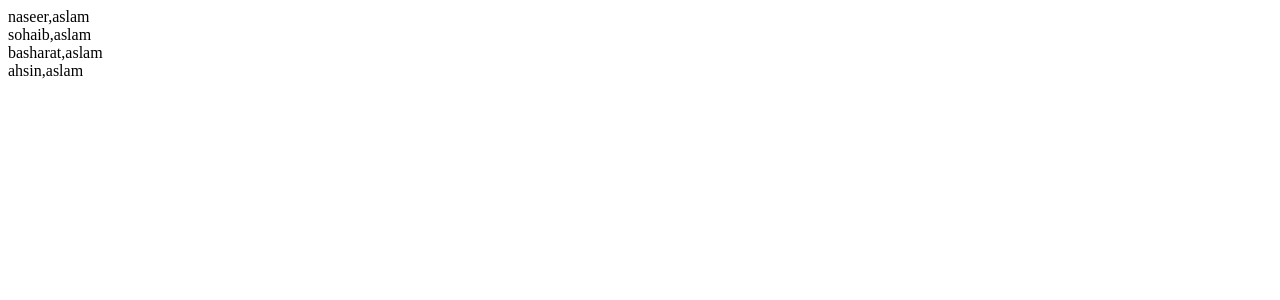
Repository: naseeraslamkhan/TypeScriptPracticeCode
Page: index.html
The author's editor kept a copy of each file at every save. The page is drawn from the files as they stood at one save, then again after the next save.
The browser window is 1280 px wide. The pictures show the whole page.

Above is the page before, as saved 2021-07-01 12:51:31.

### index.html
<html>

<head>
</head>

<body>
    <script src="firstProject.js"></script>
</body>

</html>

### firstProject.js
/*interface Prop
{
z:number,
y:string,
z1(num),

}
let myFunction: any = (L: Prop): void => {
  document.write('Hello I am here' + '<br>');
  for (let x = 0; x <= 5; x++) {
    document.write('Now value of x is : ' + x + '<br>');
  }
  let arr: string[] = ['MNA', '420'];
  document.write(arr[1]);
  document.write('<br>' + L.z);
};
myFunction({z: 45});
*/
var dan = [
    ['naseer', 'aslam'],
    ['sohaib', 'aslam'],
    ['basharat', 'aslam'],
    ['ahsin', 'aslam'],
];
for (var k = 0; k < 4; k++) {
    for (var m = 0; m < 2; m++) {
        if (m == 0) {
            document.write(dan[k][m]);
        } else
            document.write("," + dan[k][m]);

    }
    document.write('<br>');
}

After the next save:
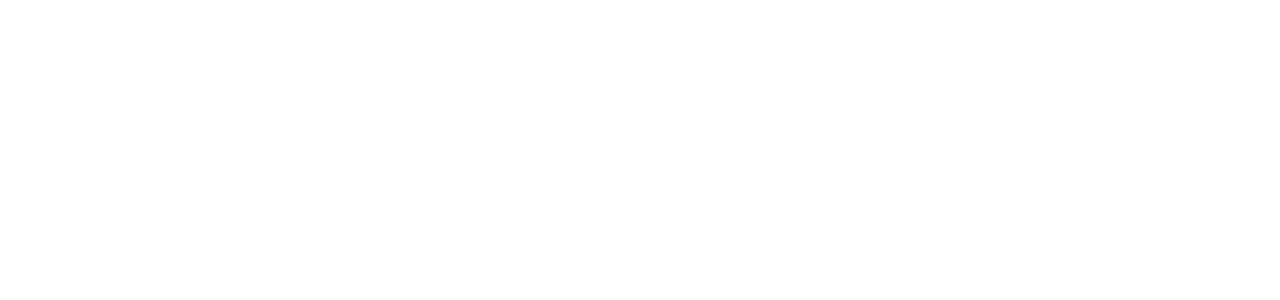
Console error: SyntaxError: Unexpected token ':'
Saved 35 s later.
--- a/firstProject.js
+++ b/firstProject.js
@@ -16,7 +16,7 @@
 };
 myFunction({z: 45});
 */
-var dan = [
+var dan: string[[]] = [
     ['naseer', 'aslam'],
     ['sohaib', 'aslam'],
     ['basharat', 'aslam'],

After the save that followed:
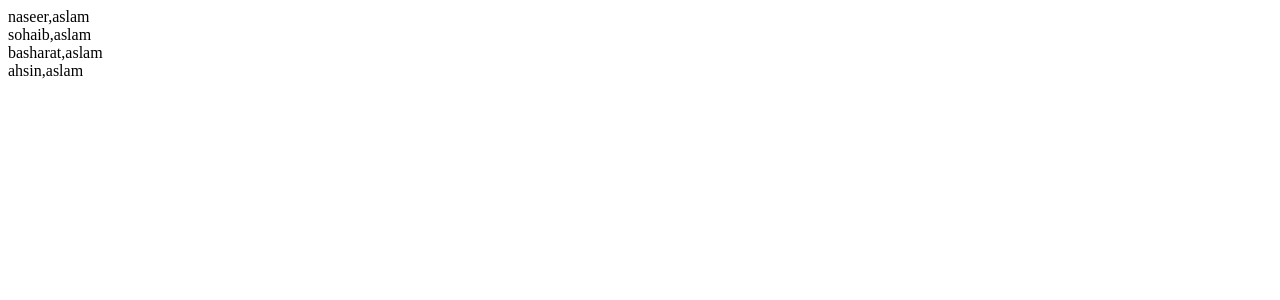
The error is gone.
Saved 29 s later.
--- a/firstProject.js
+++ b/firstProject.js
@@ -16,7 +16,7 @@
 };
 myFunction({z: 45});
 */
-var dan: string[[]] = [
+var dan = [
     ['naseer', 'aslam'],
     ['sohaib', 'aslam'],
     ['basharat', 'aslam'],
